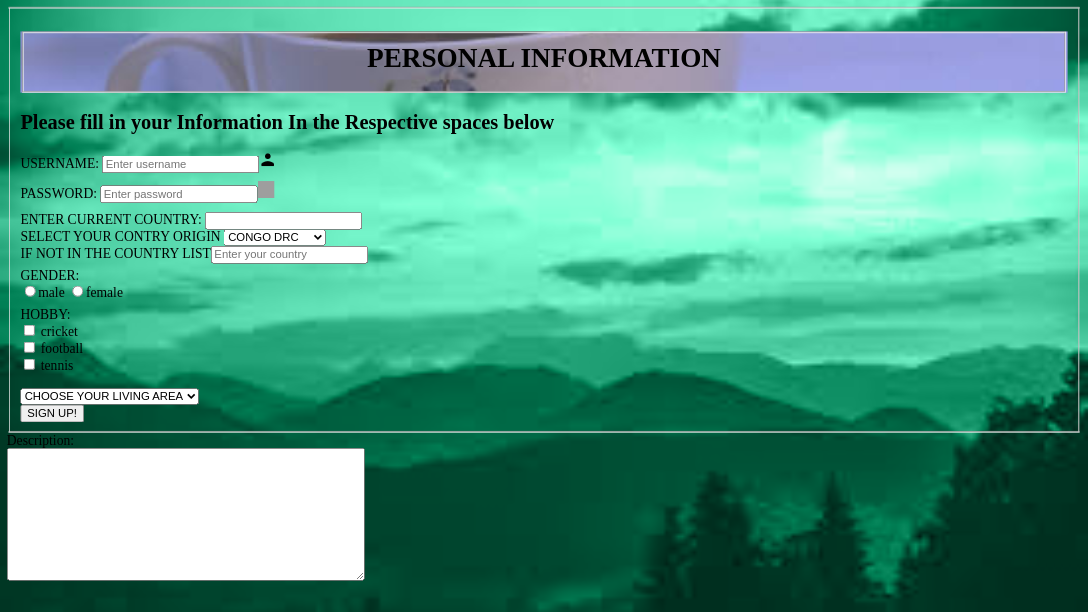
Repository: mirambialex/myform
Page: website/INDEX.HTML
These files come from the project's save history. The page is drawn as it stood at one moment and after a run of saves; the edit follows.
The browser window is 1280 px wide. The pictures show the whole page, at 85% of full size.
Pictures or frames that could not be fetched are drawn as grey boxes.

Above is the page before, as saved 2024-04-17 11:09:42.

After the next 2 saves:
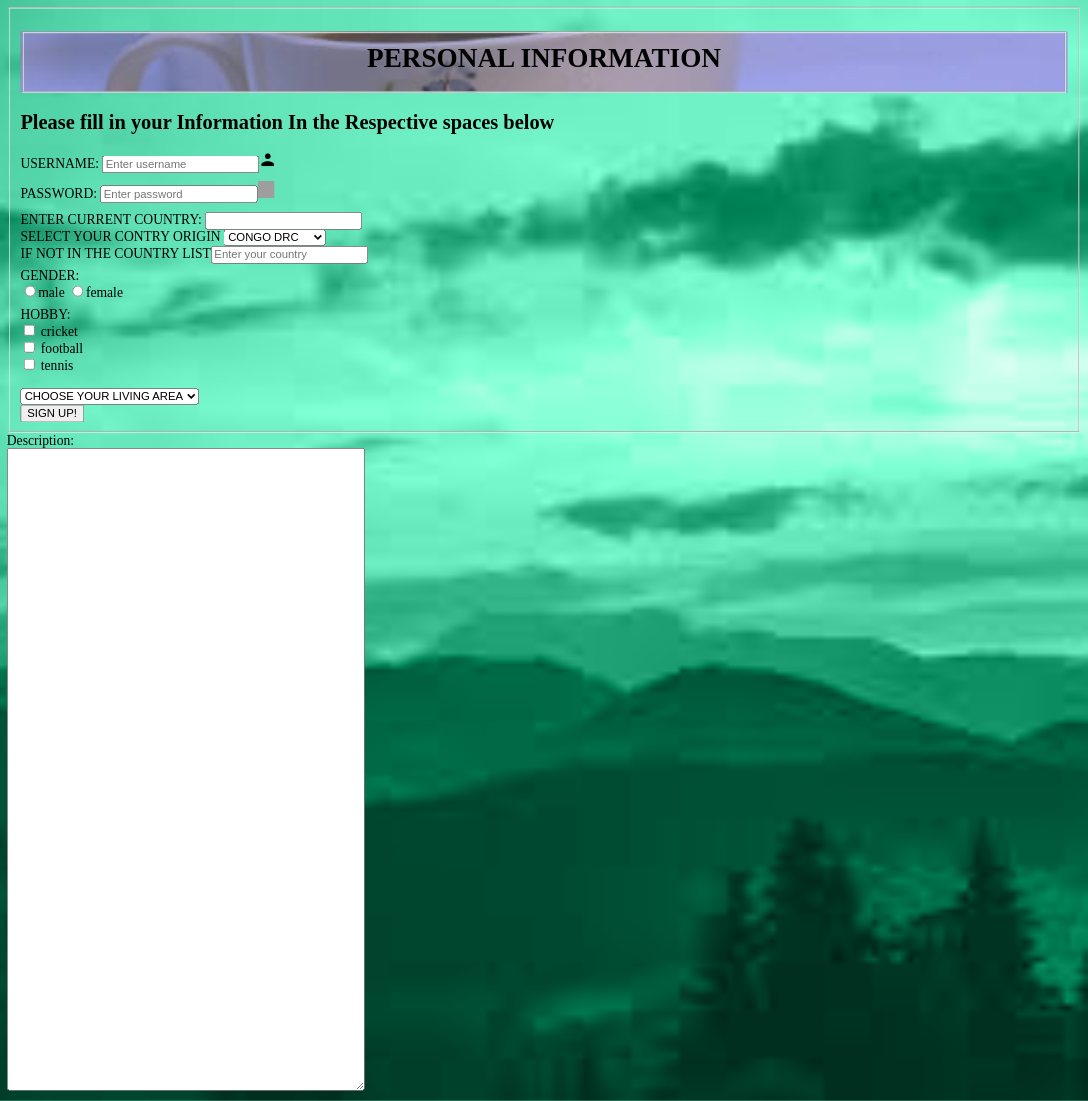
The 2 saves are shown as one change because they came seconds apart.
The last was saved 10 s later.
--- a/website/INDEX.HTML
+++ b/website/INDEX.HTML
@@ -72,7 +72,7 @@ HOBBY:<br>
 </FORM>
 <FORM>
     Description: <br/>
-    <textarea name="Description" cols="50" rows="10"></textarea>
+    <textarea name="Description" cols="50" rows="50"></textarea>
 </FORM>
  </body>
 </html>
